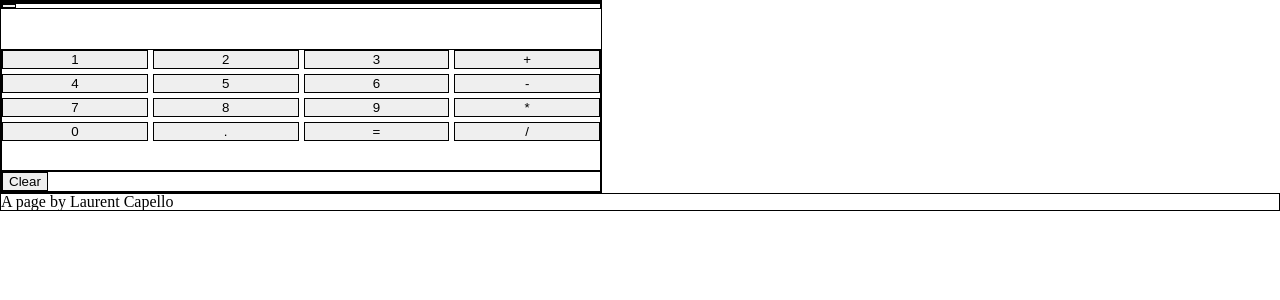
Repository: sokafootball/js-calculator
Page: index.html
The author's editor kept a copy of each file at every save. The page is drawn from the files as they stood at one save, then again after the next save.
The browser window is 1280 px wide. The pictures show the whole page.

Above is the page before, as saved 2020-04-25 11:36:54.

After the next save:
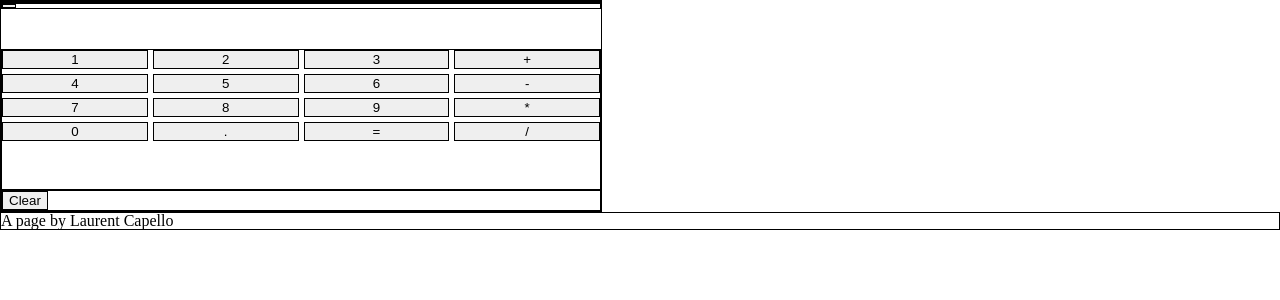
Saved 14 s later.
--- a/style.css
+++ b/style.css
@@ -29,5 +29,5 @@
     "numpad numpad numpad operators"
     ". clear clear .";
   grid-template-columns: repeat(4, 1fr);
-  grid-template-rows: repeat(5, 1fr);
+  grid-template-rows: repeat(6, 1fr);
 }
